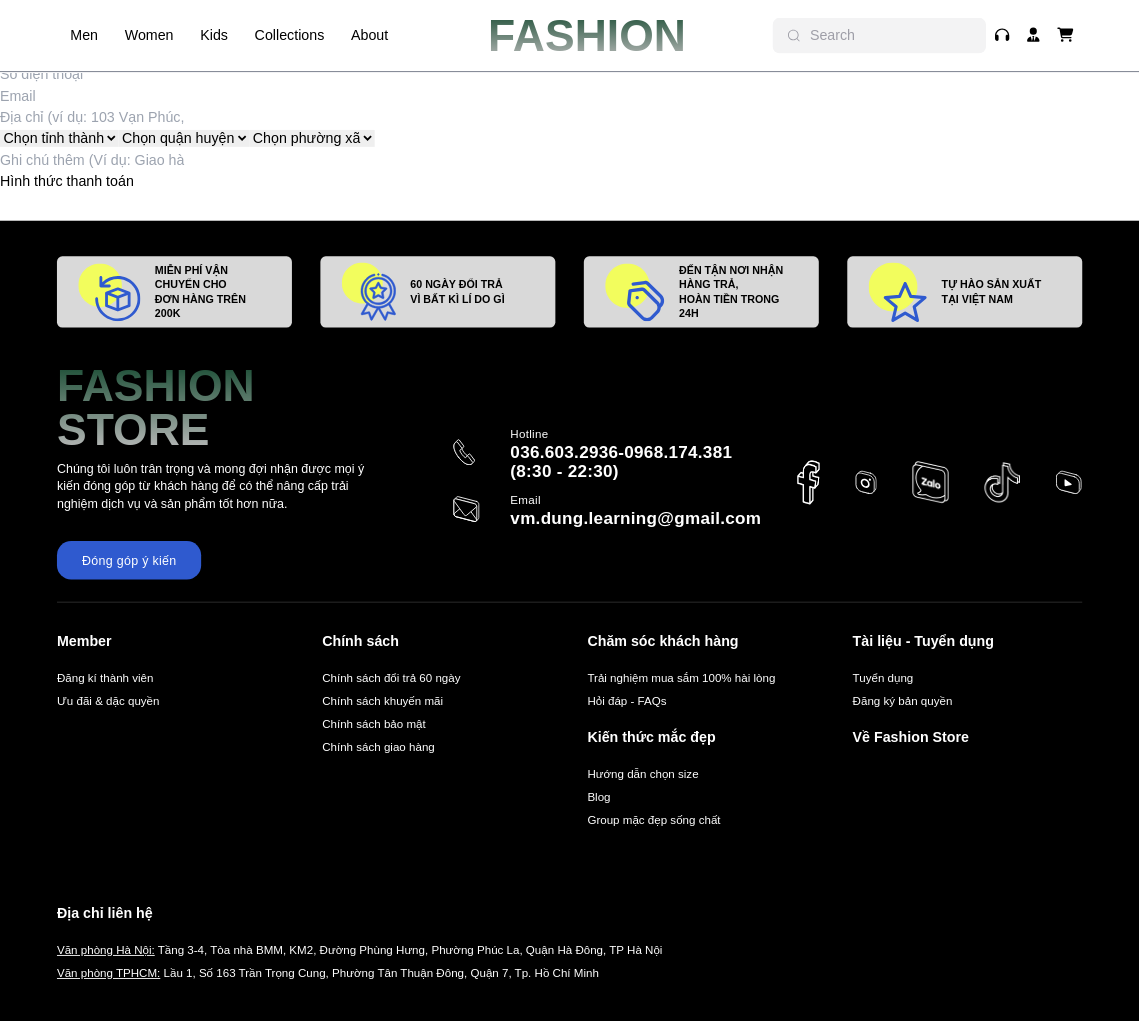
Repository: VuSnow/Software_Engineering
Page: /CartPayment
The author's editor kept a copy of each file at every save. The page is drawn from the files as they stood at one save, then again after the next save.
The browser window is 1280 px wide. The pictures show the whole page, at 89% of full size.
The page's requests for data from a server got no answer. The project was rebuilt for these pictures with package versions that can differ from the ones it lists, and the page was loaded fresh each time. The framework's server and built-in components were replaced by stand-ins that run in the browser. No one was signed in, and anything a server would have sent is missing. Also part of the build but not shown: next.config.js, src/components/cart/CartItem/CartItem.tsx, src/components/cart/Cart.tsx, src/app/Login/page.tsx, src/app/register/page.tsx, src/app/forgorPassword/page.tsx.

Above is the page before, as saved 2023-06-27 13:33:23.

### src/app/layout.tsx
"use client";
import Header from "@/components/header/Header";
import "./globals.css";
import { Inter } from "next/font/google";
import Footer from "@/components/footer/Footer";

const inter = Inter({ subsets: ["latin"] });

export const metadata = {
  title: "Create Next App",
  description: "Generated by create next app",
};
export default function RootLayout({
  children,
}: {
  children: React.ReactNode;
}) {
  return (
    <html lang="en">
      <body>
        <Header />
        {children}
        <Footer />
      </body>
    </html>
  );
}

### src/app/CartPayment/page.tsx
"use client";
import React from "react";
import { useState, useEffect } from "react";
import axios from "axios";
import { type } from "os";
import { log } from "console";

type City = {
  Id: string;
  Name: string;
  Districts: Districts[];
};
type Districts = {
  Id: string;
  Name: string;
  Wards: Wards[];
};

type Wards = {
  Id: string;
  Name: string;
  Level: string;
};

const CartPayment = () => {
  const [cities, setCities] = useState<City[]>([]);
  const [districts, setDistricts] = useState<Districts[]>([]);
  const [wards, setWards] = useState<Wards[]>([]);
  const [selectedCityId, setSelectedCityId] = useState<string>("");
  useEffect(() => {
    const fetchData = async () => {
      try {
        const response = await axios.get(
          "https://raw.githubusercontent.com/kenzouno1/DiaGioiHanhChinhVN/master/data.json"
        );
        setCities(response.data);
      } catch (error) {
        console.error("Error fetching data", error);
      }
    };
    fetchData();
  }, []);

  const handleCitiesChange = (e: React.ChangeEvent<HTMLSelectElement>) => {
    const selectedCityId = e.target.value;
    const selectedCity = cities.find((city) => city.Id === selectedCityId);
    const cityDistricts = selectedCity ? selectedCity.Districts : [];
    setDistricts(cityDistricts);
    setSelectedCityId(e.target.value);
    // console.log(e.target.value);
    setWards([]);
  };

  const handleDistrictChange = (e: React.ChangeEvent<HTMLSelectElement>) => {
    const selectedDistrictId = e.target.value;
    const selectedCity = cities.find((city) => city.Id === selectedCityId);
    const selectedDistrict = selectedCity
      ? selectedCity.Districts.find(
          (district) => district.Id === selectedDistrictId
        )
      : null;
    const districtWards = selectedDistrict ? selectedDistrict.Wards : [];
    setWards(districtWards);
  };
  return (
    <section className="cartPayment">
      <div className="cart-container">
        <div className="contain">
          <div className="cart-left-section">
            <div className="deli-information">
              <div className="cart-title">
                <div className="title">Thông tin vận chuyển</div>
                <div className="action">
                  Bạn đã có tài khoản? <a href="/">Đăng nhập ngay</a>
                </div>
              </div>
              <div className="customer-info">
                <div className="name">
                  <div className="name-input">
                    <input
                      type="text"
                      name="full_name"
                      placeholder="Họ và tên"
                      className="form-control"
                    />
                  </div>
                  <div className="number-input">
                    <input
                      type="tel"
                      name="phone"
                      placeholder="Số điện thoại"
                      className="form-control"
                    />
                  </div>
                </div>
                <div className="email">
                  <input
                    type="email"
                    name="email"
                    placeholder="Email"
                    className="form-control"
                  />
                </div>
                <div className="address">
                  <input
                    type="text"
                    name="address"
                    placeholder="Địa chỉ (ví dụ: 103 Vạn Phúc, phường Vạn Phúc)"
                    className="form-control"
                  />
                </div>
                <div className="select-city">
                  <select
                    name="city"
                    id="city"
                    className="form-select"
                    onChange={handleCitiesChange}
                  >
                    <option value="" selected>
                      Chọn tỉnh thành
                    </option>
                    {cities.map((city) => (
                      <option key={city.Id} value={city.Id}>
                        {city.Name}
                      </option>
                    ))}
                  </select>
                  <select
                    name="district"
                    id="district"
                    className="form-select"
                    onChange={handleDistrictChange}
                  >
                    <option value="" selected>
                      Chọn quận huyện
                    </option>
                    {districts.map((district) => (
                      <option key={district.Id} value={district.Id}>
                        {district.Name}
                      </option>
                    ))}
                  </select>
                  <select name="ward" id="ward" className="form-select">
                    <option value="" selected>
                      Chọn phường xã
                    </option>
                    {wards.map((ward) => (
                      <option key={ward.Id} value={ward.Id}>
                        {ward.Name}
                      </option>
                    ))}
                  </select>
                </div>
                <div className="note-deli">
                  <input
                    type="text"
                    name="note"
                    placeholder="Ghi chú thêm (Ví dụ: Giao hàng giờ hành chính)"
                  />
                </div>
              </div>
            </div>
            <div className="payment-method">
              <div className="title">Hình thức thanh toán</div>
              <div className="form-container">
                <form action="">
                  <label htmlFor="payment-COD">
                    <span></span>
                    <span></span>
                    <span></span>
                  </label>
                </form>
              </div>
            </div>
            <div className="payment-button"></div>
          </div>
          <div className="cart-right-section"></div>
        </div>
      </div>
    </section>
  );
};

export default CartPayment;

### src/components/header/Header.tsx
import React, { useState, useEffect, useContext } from "react";
import { FontAwesomeIcon } from "@fortawesome/react-fontawesome";
import {
  faBars,
  faHeadphones,
  faUserTie,
  faCartShopping,
  faXmark,
  faPlus,
  faMinus,
} from "@fortawesome/free-solid-svg-icons";
import Cart from "../cart/Cart";
import Login from "@/app/Login/page";
import Register from "@/app/register/page";
import ForgotPassword from "@/app/forgorPassword/page";
const Header = () => {
  const [showLoginModal, setShowLoginModal] = useState<Boolean>(false);
  const [showRegisterModal, setShowRegisterModal] = useState<Boolean>(false);
  const [showForgotPassword, setShowForgotPassword] = useState<Boolean>(false);
  const [classNav, setClassNav] = useState<String>(
    "opacity-0 invisible -left-full"
  );
  const [showCart, setShowCart] = useState(false);
  const showNav = () => {
    setClassNav("opacity-1 visible left-0");
  };
  const closeNav = () => {
    setClassNav("opacity-0 invisible -left-full");
  };
  return (
    <>
      {showLoginModal ? (
        <Login
          setShowLoginModal={setShowLoginModal}
          setShowRegisterModal={setShowRegisterModal}
          setShowForgotPassword={setShowForgotPassword}
        />
      ) : null}
      {showRegisterModal ? (
        <Register
          setShowRegisterModal={setShowRegisterModal}
          setShowLoginModal={setShowLoginModal}
        />
      ) : null}
      {showForgotPassword ? (
        <ForgotPassword setShowForgotPassword={setShowForgotPassword} />
      ) : null}
      <header className="text-black mb-4 fixed block top-0 left-0 right-0 bg-white w-full border-b border-gray-500 z-[99] px-[5%]">
        <div className="flex tablet: justify-between h-20 items-center mr-auto ml-auto max-w-full">
          <nav className="main-menu">
            <div className="mobile-menu cursor-pointer max-tablet:block hidden">
              <FontAwesomeIcon icon={faBars} size="2xl" onClick={showNav} />
            </div>
            <ul className="menu max-tablet:hidden flex">
              <li className="p-[15px] cursor-pointer">Men</li>
              <li className="p-[15px] cursor-pointer">Women</li>
              <li className="p-[15px] cursor-pointer">Kids</li>
              <li className="p-[15px] cursor-pointer">Collections</li>
              <li className="p-[15px] cursor-pointer">About</li>
            </ul>
            <div
              className={`sub-mobile-menu fixed top-0 right-0 bottom-[45px] bg-white z-[1000] pt-16 pr-4 pb-0 pl-4 ${classNav} overflow-y-auto`}
            >
              <div className="box-action bg-[#343a40] flex items-center justify-center rounded-tl-xl h-12 rounded-br-xl mb-[30px]">
                <a
                  href="#"
                  className="action-login text-white text-center text-[18px]"
                >
                  Đăng nhập
                </a>
              </div>
              <ul className="menu-mb">
                <li className="mb-[30px] pr-2 flex justify-between">
                  <a href="#">Men </a>
                  <span className="arrow">
                    <FontAwesomeIcon icon={faPlus} />
                    <FontAwesomeIcon icon={faMinus} className="hidden" />
                  </span>
                </li>
                <li className="mb-[30px] pr-2 flex justify-between">
                  <a href="#">Women </a>
                  <span className="arrow">
                    <FontAwesomeIcon icon={faPlus} />
                    <FontAwesomeIcon icon={faMinus} className="hidden" />
                  </span>
                </li>
                <li className="mb-[30px] pr-2 flex justify-between">
                  <a href="#">Kids </a>
                  <span className="arrow">
                    <FontAwesomeIcon icon={faPlus} />
                    <FontAwesomeIcon icon={faMinus} className="hidden" />
                  </span>
                </li>
                <li className="mb-[30px] pr-2 flex justify-between">
                  <a href="#">Collections </a>
                  <span className="arrow">
                    <FontAwesomeIcon icon={faPlus} />
                    <FontAwesomeIcon icon={faMinus} className="hidden" />
                  </span>
                </li>
                <li className="mb-[30px] pr-2 flex justify-between">
                  <a href="#">About </a>
                  <span className="arrow">
                    <FontAwesomeIcon icon={faPlus} />
                    <FontAwesomeIcon icon={faMinus} className="hidden" />
                  </span>
                </li>
              </ul>
              <div className="close-menu absolute top-[25px] left-[25px] text-[24px] text-black">
                <FontAwesomeIcon icon={faXmark} onClick={closeNav} />
              </div>
            </div>
          </nav>
          <div className="logo-brand">
            <a
              href="/"
              className="font-bold font-kumbhsan"
              style={{
                fontSize: "50px",
                background: "linear-gradient(to bottom, #194c33, #bbb)",
                WebkitBackgroundClip: "text",
                WebkitTextFillColor: "transparent",
                textTransform: "uppercase",
              }}
            >
              Fashion
            </a>
          </div>
          <div className="right-header flex">
            <form
              action="search"
              name="form-search"
              className="flex leading-7 items-center relative max-w-[240px] max-mobile:hidden"
            >
              <svg
                className="icon absolute left-4 fill-[#9e9ea7] w-4 h-4"
                aria-hidden="true"
                viewBox="0 0 24 24"
              >
                <g>
                  <path d="M21.53 20.47l-3.66-3.66C19.195 15.24 20 13.214 20 11c0-4.97-4.03-9-9-9s-9 4.03-9 9 4.03 9 9 9c2.215 0 4.24-.804 5.808-2.13l3.66 3.66c.147.146.34.22.53.22s.385-.073.53-.22c.295-.293.295-.767.002-1.06zM3.5 11c0-4.135 3.365-7.5 7.5-7.5s7.5 3.365 7.5 7.5-3.365 7.5-7.5 7.5-7.5-3.365-7.5-7.5z"></path>
                </g>
              </svg>
              <input
                type="text"
                placeholder="Search"
                className=" w-full h-[40px] leading-7 p-0 pl-10 pr-4 border-2 border-solid border-transparent rounded-lg outline-none bg-[#f3f3f4] text-[#0d0c22] transition-all placeholder:text-[#9e9ea7] focus:outline-none focus:border-[rgba(234,76,137,0.4)] focus:bg-white focus:shadow-md"
              />
            </form>
            <div className="header-action flex">
              <div className="item wallet m-[10px] max-mobile:hidden cursor-pointer">
                <FontAwesomeIcon icon={faHeadphones} />
              </div>
              <div
                className="item person m-[10px] cursor-pointer"
                onClick={() => setShowLoginModal(!showLoginModal)}
              >
                <FontAwesomeIcon icon={faUserTie} />
              </div>
              <div
                className="item cart m-[10px] cursor-pointer"
                onClick={() => setShowCart(true)}
              >
                <FontAwesomeIcon icon={faCartShopping} />
              </div>
            </div>
          </div>
        </div>
      </header>
      {showCart && <Cart setShowCart={setShowCart} />}
    </>
  );
};

export default Header;

### src/app/globals.css
@tailwind base;
@tailwind components;
@tailwind utilities;

:root {
  --foreground-rgb: 0, 0, 0;
  --background-start-rgb: 214, 219, 220;
  --background-end-rgb: 255, 255, 255;
}

@media (prefers-color-scheme: dark) {
  :root {
    --foreground-rgb: 255, 255, 255;
    --background-start-rgb: 0, 0, 0;
    --background-end-rgb: 0, 0, 0;
  }
}
body {
  display: flex;
  flex-direction: column;
  justify-content: space-between;
  font-family: "Kumbh Sans", sans-serif;
}

Loaded but not shown: tailwind.config.js (39 lines, source omitted); src/components/HomepageService/HomepageService.tsx (143 lines, source omitted); src/components/footer/Footer.tsx (211 lines, source omitted)

After the next save:
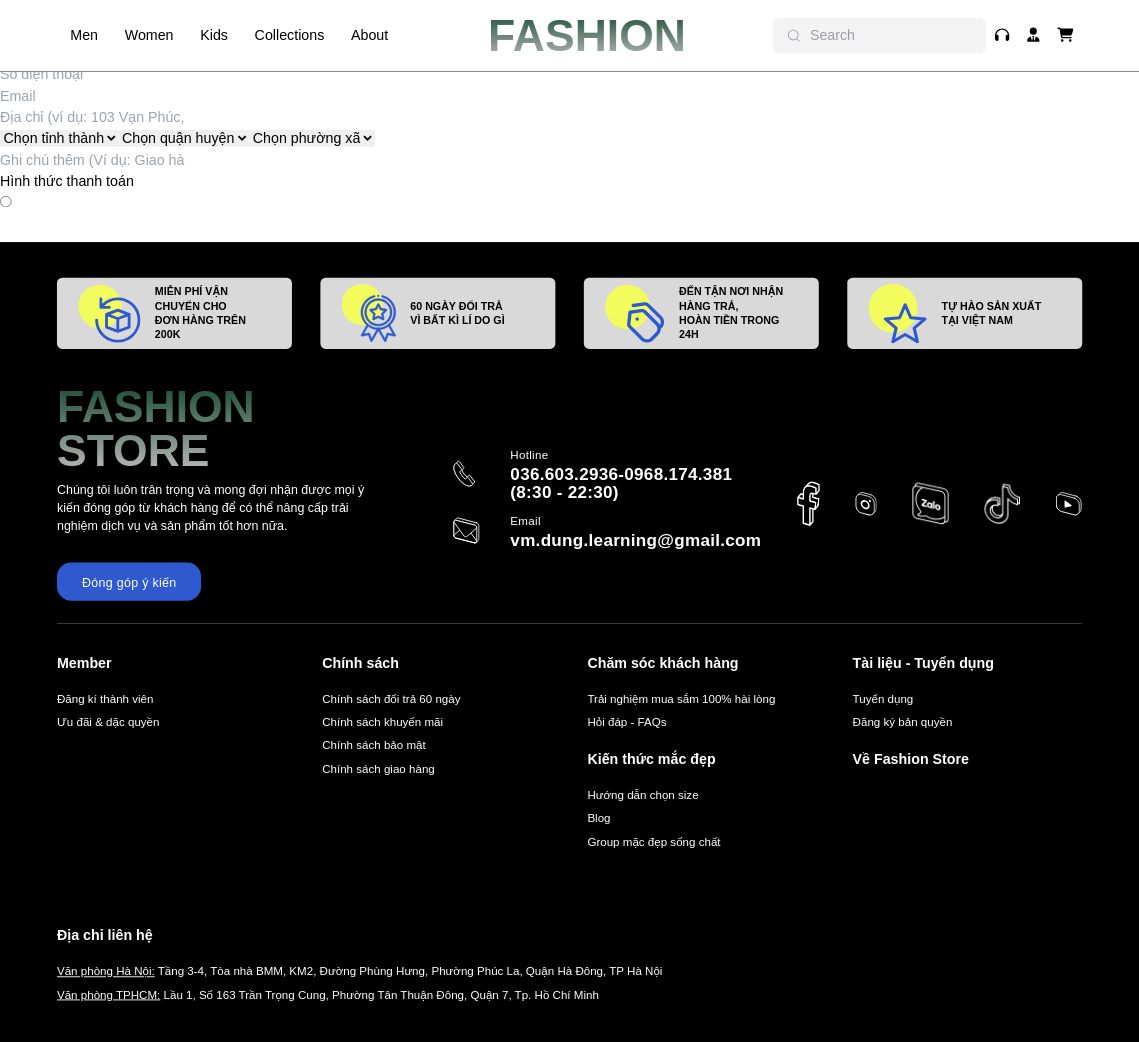
Saved 54 s later.
--- a/src/app/CartPayment/page.tsx
+++ b/src/app/CartPayment/page.tsx
@@ -165,7 +165,15 @@
               <div className="form-container">
                 <form action="">
                   <label htmlFor="payment-COD">
-                    <span></span>
+                    <span>
+                      <input
+                        type="radio"
+                        id="payment-COD"
+                        name="payment-method"
+                        autoComplete="off"
+                        value="COD"
+                      />
+                    </span>
                     <span></span>
                     <span></span>
                   </label>
